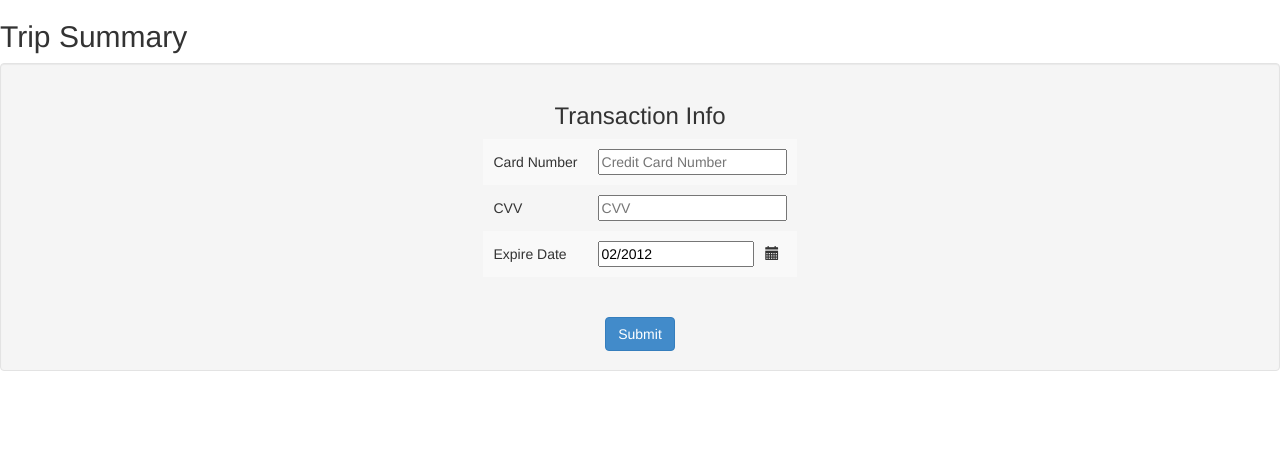
Repository: harshadrane89/CMPE273-WebService-AirlineManagement
Page: http://localhost/AirlineManagementSystemClient/TwitterGUI/TransactionInfo.jsp
The author's editor kept a copy of each file at every save. The page is drawn from the files as they stood at one save, then again after the next save.
The browser window is 1280 px wide. The pictures show the whole page.
The page is served by Tomcat 9. Nobody is signed in. The application's start-up code is not run. Other server files are loaded and not shown.

Above is the page before, as saved 2013-12-07 08:38:21.

### 273_Project_Tomcat/AirlineManagementSystemClient/WebContent/TwitterGUI/TransactionInfo.jsp
<%@ page language="java" contentType="text/html; charset=US-ASCII"
	pageEncoding="US-ASCII"%>
<!DOCTYPE html PUBLIC "-//W3C//DTD HTML 4.01 Transitional//EN" "http://www.w3.org/TR/html4/loose.dtd">
<html>
<head>
<meta http-equiv="Content-Type" content="text/html; charset=US-ASCII">
<title></title>
<link href="css/bootstrap.min.css" rel="stylesheet" media="screen">
<link href="css/datepicker.css" rel="stylesheet">
<link href="css/prettify.css" rel="stylesheet">
</head>
<body>


	<h2>Trip Summary</h2>

	<table class="">


	</table>


	<form action="TransactionServlet" method="get" class="well">
		<center>
			<h3>Transaction Info</h3>

			<table cellpadding="10px" cellspacing="10px" class="table-striped">
				<tr>
					<td>Card Number</td>
					<td><input type="text" placeholder="Credit Card Number"
						name="cardNum"></td>
				</tr>
				<tr>
					<td>CVV</td>
					<td><input type="text" placeholder="CVV" name="cvv"></td>
				</tr>

				<tr>
					<td>Expire Date</td>
					<td><div class="input-append date" id="dpMonths"
							data-date="102/2012" data-date-format="mm/yyyy"
							data-date-viewmode="years" data-date-minviewmode="months">
							<input class="span2" size="16" name="expiryDate" type="text"
								value="02/2012" readonly> &nbsp; <span
								class="add-on glyphicon glyphicon-calendar"></span>
						</div></td>
				</tr>
			</table>
			<br /> <br /> <input type="submit" class="btn btn-primary"
				value="Submit">

		</center>

	</form>

	<script src="js/prettify.js"></script>
	<script src="js/jquery-1.9.1.js"></script>
	<script src="js/bootstrap-datepicker.js"></script>
	<script>
		$(function() {
			window.prettyPrint && prettyPrint();
			$('#dp3').datepicker();
			$('#dpMonths').datepicker();

			var checkin = $('#dpd1').datepicker({
				onRender : function(date) {
					return date.valueOf() < now.valueOf() ? 'disabled' : '';
				}
			}).on('changeDate', function(ev) {
				if (ev.date.valueOf() > checkout.date.valueOf()) {
					var newDate = new Date(ev.date)
					newDate.setDate(newDate.getDate() + 1);
					checkout.setValue(newDate);
				}
				checkin.hide();
				$('#dpd2')[0].focus();
			}).data('datepicker');
			var checkout = $('#dpd2')
					.datepicker(
							{
								onRender : function(date) {
									return date.valueOf() <= checkin.date
											.valueOf() ? 'disabled' : '';
								}
							}).on('changeDate', function(ev) {
						checkout.hide();
					}).data('datepicker');
		});
	</script>
	<script src="http://www.google-analytics.com/urchin.js"
		type="text/javascript">

	</script>
</body>
</html>

### 273_Project_Tomcat/AirlineManagementSystemClient/WebContent/css/datepicker.css
/*!
 * Datepicker for Bootstrap
 *
 * Copyright 2012 Stefan Petre
 * Licensed under the Apache License v2.0
 * http://www.apache.org/licenses/LICENSE-2.0
 *
 */
.datepicker {
  top: 0;
  left: 0;
  padding: 4px;
  margin-top: 1px;
  -webkit-border-radius: 4px;
  -moz-border-radius: 4px;
  border-radius: 4px;
  /*.dow {
    border-top: 1px solid #ddd !important;
  }*/

}
.datepicker:before {
  content: '';
  display: inline-block;
  border-left: 7px solid transparent;
  border-right: 7px solid transparent;
  border-bottom: 7px solid #ccc;
  border-bottom-color: rgba(0, 0, 0, 0.2);
  position: absolute;
  top: -7px;
  left: 6px;
}
.datepicker:after {
  content: '';
  display: inline-block;
  border-left: 6px solid transparent;
  border-right: 6px solid transparent;
  border-bottom: 6px solid #ffffff;
  position: absolute;
  top: -6px;
  left: 7px;
}
.datepicker > div {
  display: none;
}
.datepicker table {
  width: 100%;
  margin: 0;
}
.datepicker td,
.datepicker th {
  text-align: center;
  width: 20px;
  height: 20px;
  -webkit-border-radius: 4px;
  -moz-border-radius: 4px;
  border-radius: 4px;
}
.datepicker td.day:hover {
  background: #eeeeee;
  cursor: pointer;
}
.datepicker td.day.disabled {
  color: #eeeeee;
}
.datepicker td.old,
.datepicker td.new {
  color: #999999;
}
.datepicker td.active,
.datepicker td.active:hover {
  color: #ffffff;
  background-color: #006dcc;
  background-image: -moz-linear-gradient(top, #0088cc, #0044cc);
  background-image: -webkit-gradient(linear, 0 0, 0 100%, from(#0088cc), to(#0044cc));
  background-image: -webkit-linear-gradient(top, #0088cc, #0044cc);
  background-image: -o-linear-gradient(top, #0088cc, #0044cc);
  background-image: linear-gradient(to bottom, #0088cc, #0044cc);
  background-repeat: repeat-x;
  filter: progid:DXImageTransform.Microsoft.gradient(startColorstr='#ff0088cc', endColorstr='#ff0044cc', GradientType=0);
  border-color: #0044cc #0044cc #002a80;
  border-color: rgba(0, 0, 0, 0.1) rgba(0, 0, 0, 0.1) rgba(0, 0, 0, 0.25);
  *background-color: #0044cc;
  /* Darken IE7 buttons by default so they stand out more given they won't have borders */

  filter: progid:DXImageTransform.Microsoft.gradient(enabled = false);
  color: #fff;
  text-shadow: 0 -1px 0 rgba(0, 0, 0, 0.25);
}
.datepicker td.active:hover,
.datepicker td.active:hover:hover,
.datepicker td.active:focus,
.datepicker td.active:hover:focus,
.datepicker td.active:active,
.datepicker td.active:hover:active,
.datepicker td.active.active,
.datepicker td.active:hover.active,
.datepicker td.active.disabled,
.datepicker td.active:hover.disabled,
.datepicker td.active[disabled],
.datepicker td.active:hover[disabled] {
  color: #ffffff;
  background-color: #0044cc;
  *background-color: #003bb3;
}
.datepicker td.active:active,
.datepicker td.active:hover:active,
.datepicker td.active.active,
.datepicker td.active:hover.active {
  background-color: #003399 \9;
}
.datepicker td span {
  display: block;
  width: 47px;
  height: 54px;
  line-height: 54px;
  float: left;
  margin: 2px;
  cursor: pointer;
  -webkit-border-radius: 4px;
  -moz-border-radius: 4px;
  border-radius: 4px;
}
.datepicker td span:hover {
  background: #eeeeee;
}
.datepicker td span.active {
  color: #ffffff;
  background-color: #006dcc;
  background-image: -moz-linear-gradient(top, #0088cc, #0044cc);
  background-image: -webkit-gradient(linear, 0 0, 0 100%, from(#0088cc), to(#0044cc));
  background-image: -webkit-linear-gradient(top, #0088cc, #0044cc);
  background-image: -o-linear-gradient(top, #0088cc, #0044cc);
  background-image: linear-gradient(to bottom, #0088cc, #0044cc);
  background-repeat: repeat-x;
  filter: progid:DXImageTransform.Microsoft.gradient(startColorstr='#ff0088cc', endColorstr='#ff0044cc', GradientType=0);
  border-color: #0044cc #0044cc #002a80;
  border-color: rgba(0, 0, 0, 0.1) rgba(0, 0, 0, 0.1) rgba(0, 0, 0, 0.25);
  *background-color: #0044cc;
  /* Darken IE7 buttons by default so they stand out more given they won't have borders */

  filter: progid:DXImageTransform.Microsoft.gradient(enabled = false);
  color: #fff;
  text-shadow: 0 -1px 0 rgba(0, 0, 0, 0.25);
}
.datepicker td span.active:hover,
.datepicker td span.active:focus,
.datepicker td span.active:active,
.datepicker td span.active.active,
.datepicker td span.active.disabled,
.datepicker td span.active[disabled] {
  color: #ffffff;
  background-color: #0044cc;
  *background-color: #003bb3;
}
.datepicker td span.active:active,
.datepicker td span.active.active {
  background-color: #003399 \9;
}
.datepicker td span.old {
  color: #999999;
}
.datepicker th.switch {
  width: 145px;
}
.datepicker th.next,
.datepicker th.prev {
  font-size: 21px;
}
.datepicker thead tr:first-child th {
  cursor: pointer;
}
.datepicker thead tr:first-child th:hover {
  background: #eeeeee;
}
.input-append.date .add-on i,
.input-prepend.date .add-on i {
  display: block;
  cursor: pointer;
  width: 16px;
  height: 16px;
}

Loaded but not shown: 273_Project_Tomcat/AirlineManagementSystemClient/WebContent/css/bootstrap.min.css (library); 273_Project_Tomcat/AirlineManagementSystemClient/WebContent/css/prettify.css (common file); 273_Project_Tomcat/AirlineManagementSystemClient/WebContent/js/prettify.js (library); 273_Project_Tomcat/AirlineManagementSystemClient/WebContent/js/jquery-1.9.1.js (library); 273_Project_Tomcat/AirlineManagementSystemClient/WebContent/js/bootstrap-datepicker.js (library)

After the next save:
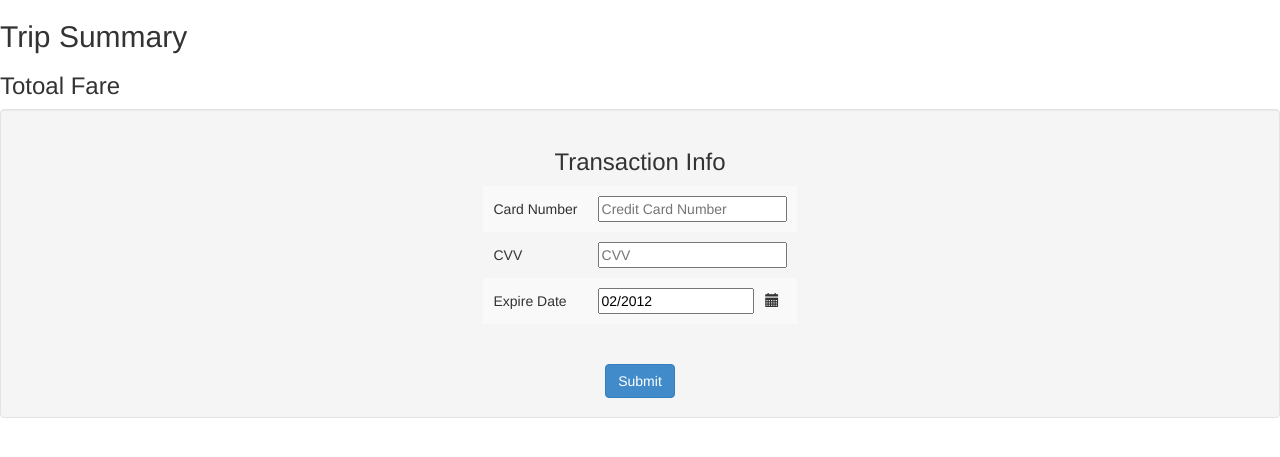
Saved 24 s later.
--- a/273_Project_Tomcat/AirlineManagementSystemClient/WebContent/TwitterGUI/TransactionInfo.jsp
+++ b/273_Project_Tomcat/AirlineManagementSystemClient/WebContent/TwitterGUI/TransactionInfo.jsp
@@ -14,10 +14,9 @@
 
 	<h2>Trip Summary</h2>
 
-	<table class="">
-
-
-	</table>
+	<p>
+		<h3>Totoal Fare</h3>
+	</p>
 
 
 	<form action="TransactionServlet" method="get" class="well">
